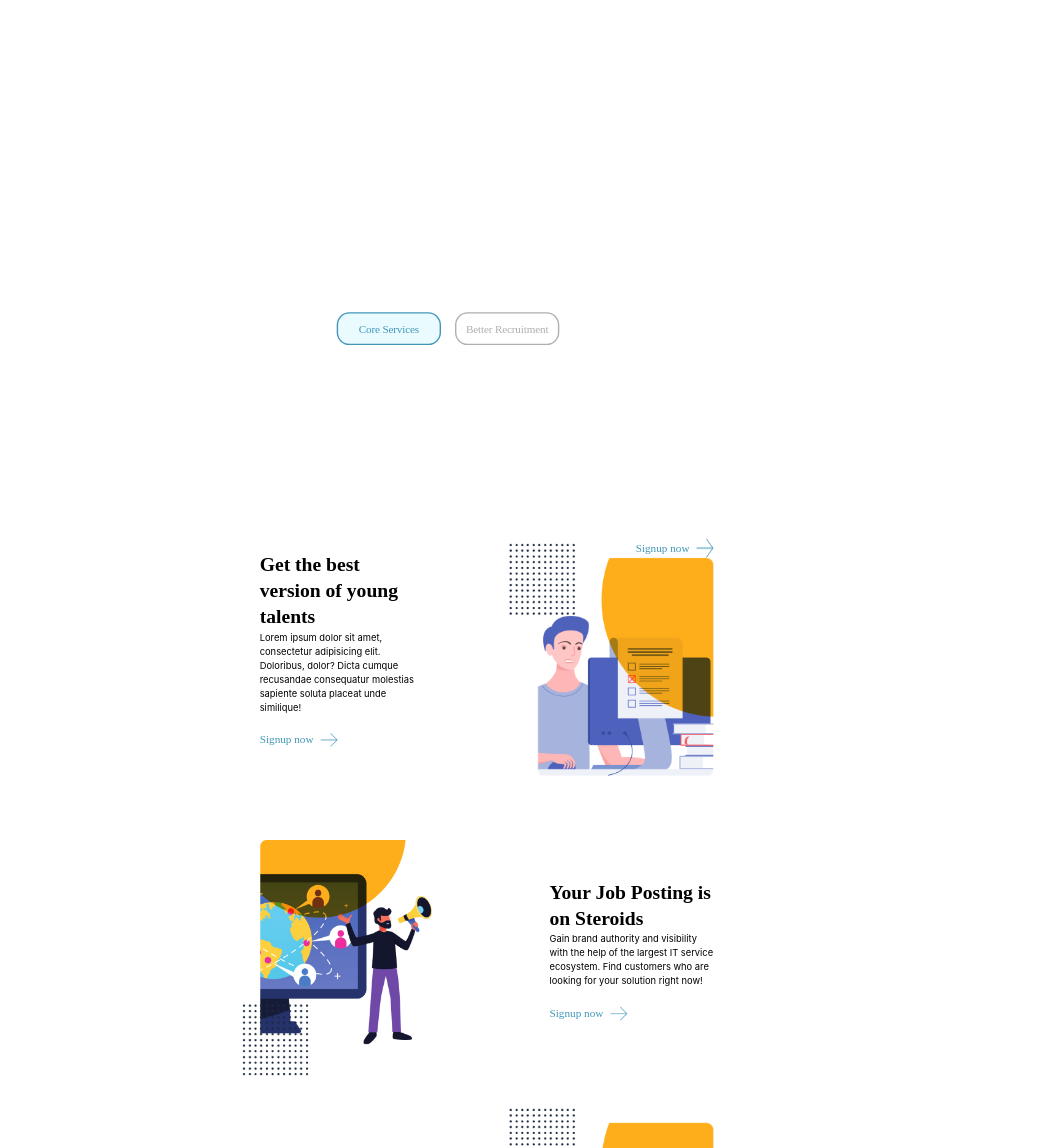
Repository: uh-sman/Vacanxe
Page: /
These files come from the project's save history. The page is drawn as it stood at one moment and after the next save; the edit follows.
The browser window is 1280 px wide. The page is 1512 px wide, so the pictures cover 1512 px, including what lies to the right of the window. The pictures show the part of the page from y = 0 to 1640 px (the page is 3494 px tall), at 70% of full size.
The project was rebuilt for these pictures with package versions that can differ from the ones it lists, and the page was loaded fresh each time. Also part of the build but not shown: src/components/data.js, src/components/navbar.css, src/components/SideNav.jsx, src/components/Navbar.jsx.

Above is the page before, as saved 2022-12-03 20:55:09.

After the next save:
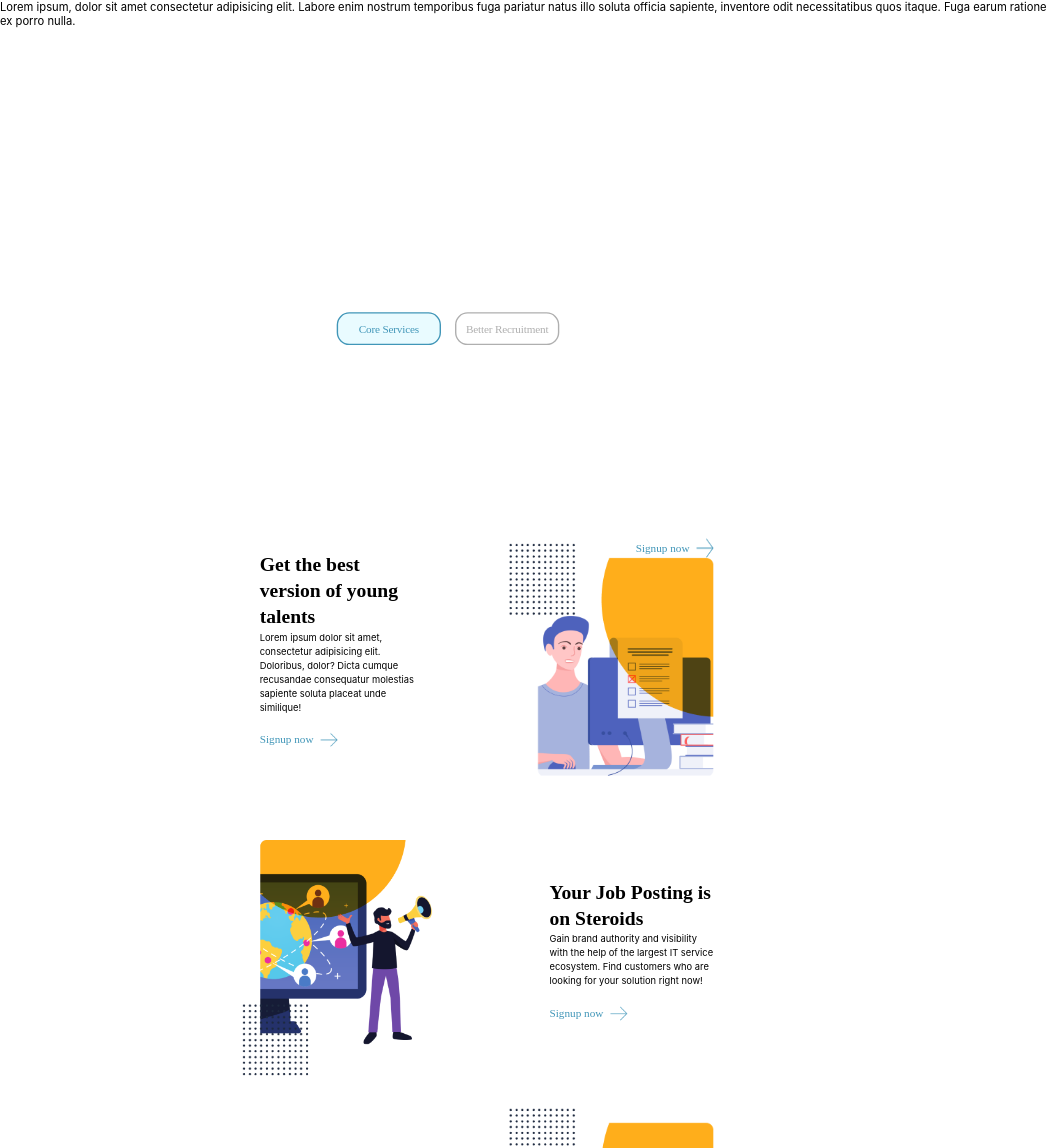
Saved 23 s later.
--- a/src/components/Hero.jsx
+++ b/src/components/Hero.jsx
@@ -3,7 +3,14 @@ import "./hero.css";
 export const Hero = () => {
   return (
     <div>
-      <div className="hero-container"></div>
+      <div className="hero-container">
+        <p>
+          Lorem ipsum, dolor sit amet consectetur adipisicing elit. Labore enim
+          nostrum temporibus fuga pariatur natus illo soluta officia sapiente,
+          inventore odit necessitatibus quos itaque. Fuga earum ratione ex porro
+          nulla.
+        </p>
+      </div>
     </div>
   );
 };
